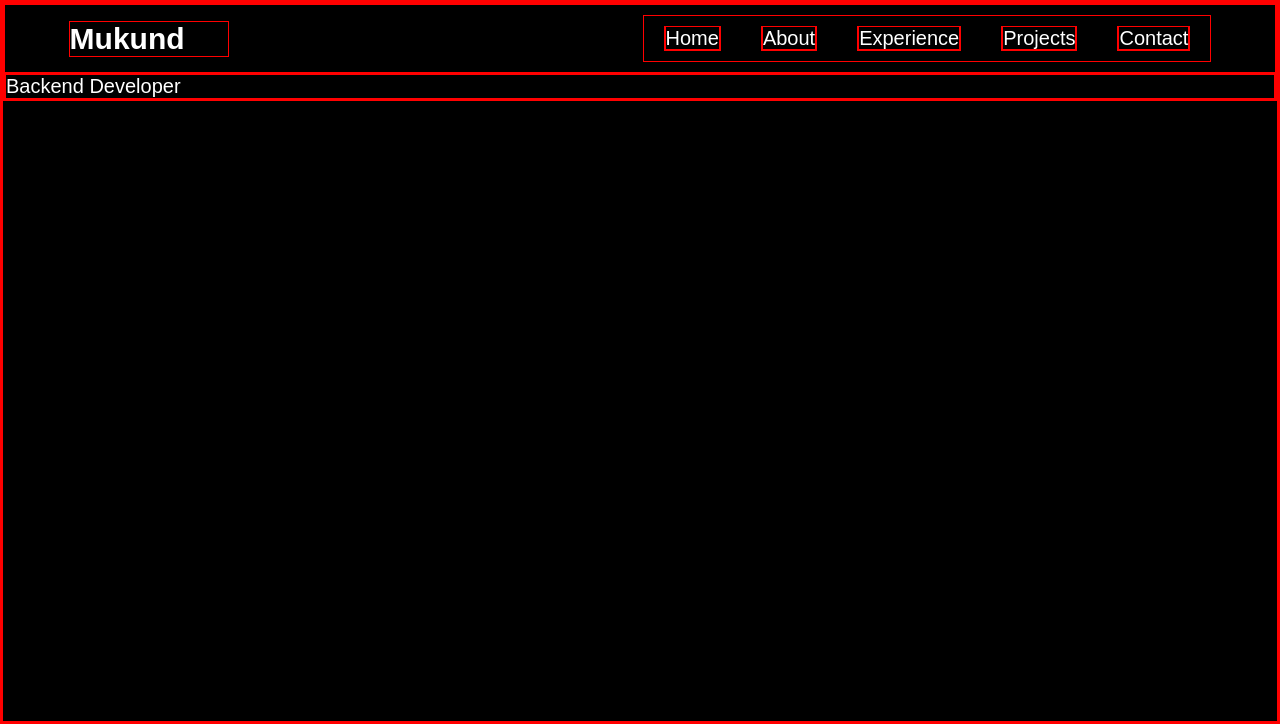
Repository: mukundgangurde/expense-tracker
Page: index.html
The author's editor kept a copy of each file at every save. The page is drawn from the files as they stood at one save, then again after the next save.
The browser window is 1280 px wide. The pictures show the whole page.

Above is the page before, as saved 2025-11-02 17:51:20.

### index.html
<!DOCTYPE html>
<html lang="en">

<head>
  <meta charset="UTF-8">
  <meta name="viewport" content="width=device-width, initial-scale=1.0">
  <title>Portfolio - Mukund Gangurde</title>
  <link rel="stylesheet" href="style.css">
</head>

<body>
  <div id="header">
    <div id="container">
      <!-- Navigation Bar -->
      <nav>
        <h1 id="logo">Mukund</h1>
        <ul>
          <li><a href="#">Home</a></li>
          <li><a href="#">About</a></li>
          <li><a href="#">Experience</a></li>
          <li><a href="#">Projects</a></li>
          <li><a href="#">Contact</a></li>
        </ul>
      </nav>
      <!-- /Navigation Bar -->

      <div class="header-text">
        <p>Backend Developer</p>

      </div>
    </div>
  </div>

</body>

</html>

### style.css
* {
  margin: 0;
  padding: 0;
  /* font-family: Brush Script MT; */
  font-family: Arial, Helvetica, sans-serif;
  box-sizing: border-box;
  border: 1px solid red;
}

body {
  background-color: black;
  color: white;
  font-size: 20px;
}

#header {
  width : 100%;
  height: 100vh;
  /* background-image: url(images/background.img); */
  /* background-size: cover; */
  /* background-position: center; */
}

#logo {
  width: 160px;
}

nav {
  display: flex;
  justify-content: space-between;
  align-items: center;
  flex-wrap: wrap;
  padding: 10px 5%;
}

ul {
  display: flex;
  justify-content: space-between;
}

nav ul li {
  display: inline-block;
  list-style-type: none;
  margin: 10px 20px;
}

nav ul li a {
  color: white;
  text-decoration: none;
}

After the next save:
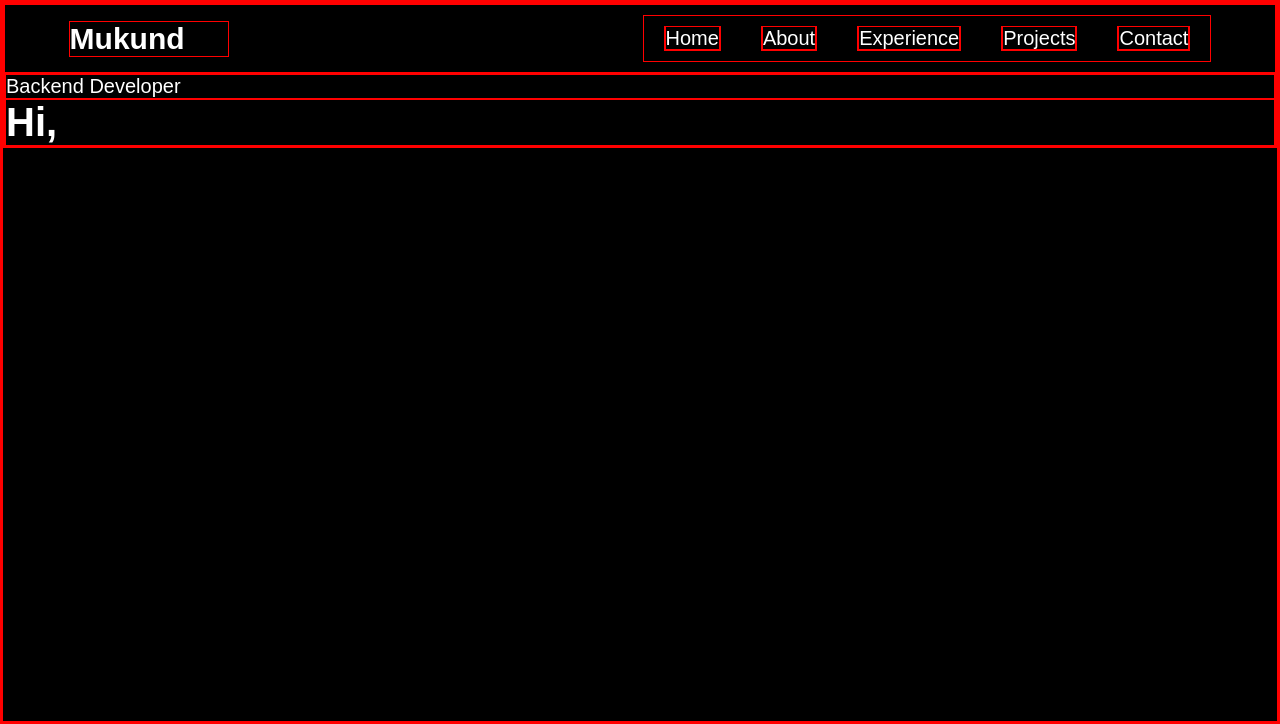
Saved 7 s later.
--- a/index.html
+++ b/index.html
@@ -26,7 +26,7 @@
 
       <div class="header-text">
         <p>Backend Developer</p>
-
+        <h1>Hi, </h1>
       </div>
     </div>
   </div>
